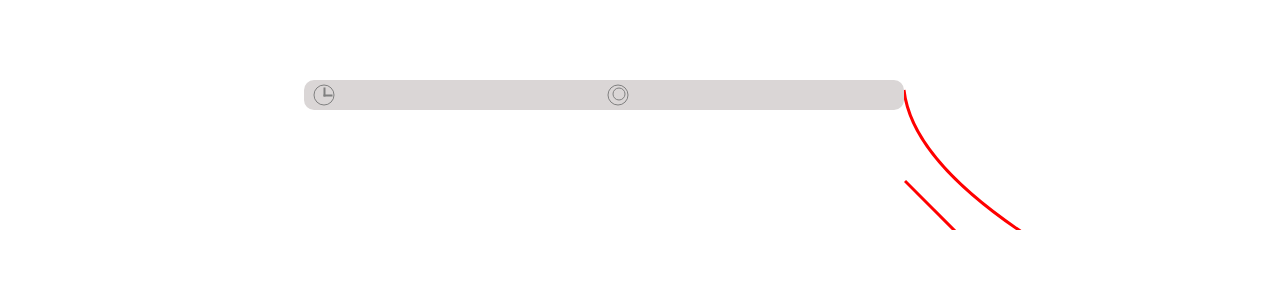
Repository: Gaj123-coder/emoji-search-app
Page: /
The author's editor kept a copy of each file at every save. The page is drawn from the files as they stood at one save, then again after a run of saves.
The browser window is 1280 px wide. The pictures show the whole page.
The project was rebuilt for these pictures with package versions that can differ from the ones it lists, and the page was loaded fresh each time.

Above is the page before, as saved 2021-10-30 19:36:07.

### public/index.html
<!DOCTYPE html>
<html>
    <head>
        <title>Emoji Search</title>
        <meta charset="UTF-8">
        <meta name="author" content="Gajanan C Hegde">
        <meta name="description" content="A simple emoji search app using React JS">
        <meta name="view-port" content="width=device-width,initial-scale=1">
        <meta property="og:title" content="emoji">
        <meta property="og:description" content="An emoji searh app">
        <meta property="og:url" content="http://www.emojis..com">
        <meta property="og:image" content="https://seeklogo.com/images/S/smile-with-glasses-emoji-logo-0C5A7F9874-seeklogo.com.png">
        <meta property="twitter:title" content="Emoji Search">
        <meta property="twitter:image" content="https://seeklogo.com/images/S/smile-with-glasses-emoji-logo-0C5A7F9874-seeklogo.com.png">
        <meta property="twitter:description" content="A simple recat js emloji search app">
        <meta property="twitter:card" content="summary_large_page">
        <meta property="facebook:title" content="Emoji Search">
        <meta property="facebook:image" content="https://seeklogo.com/images/S/smile-with-glasses-emoji-logo-0C5A7F9874-seeklogo.com.png">
        <meta property="facebooks:description" content="A simple react app for emoji search">
        <meta proprty="facebook:url" content="https://www.emojis.com">
        <link rel="canonical" href="index.html"/>
    </head>
    <body>
        <div id="root"></div>
    </body>
</html>

### src/App.js
import './App.css';
import {sad1,worry1,angry1,happy1,smiley1,peace1,love1,joy1,laugh1,gift1,smile1,hands1,sports1,supper1,evil1,shy1,tasty1,confuse1,sleepy1} from "./Components/emotions";
function App() {
  return (
    <div className="dec">
      <div>
        <svg>
          <circle cx="20" cy="15" r="10px" stroke="grey" strokeWidth="1px" fill="rgb(218, 214, 214)"/>
          <rect x="20" y="8" width="1px" height="8px" stroke="grey" strokeWidth="1px" fill="rgb(218, 214, 214)"/>
          <rect x="20" y="15" width="8px" height="1px" stroke="grey" strokeWidth="1px" fill="rgb(218, 214, 214)"/>
        </svg>
      </div>
      <div>
        <svg>
          <circle cx="14" cy="15" r="10px" stroke="grey" strokeWidth="1px" fill="rgb(218, 214, 214)"/>
          <circle cx="15" cy="14" r="6px" stroke="grey" strokeWidth="1px" fill="rgb(218, 214, 214)"/>
        </svg>
      </div>
      <div>
       <svg>
         <path d="M0 10 Q10 100 202 202 302 302" stroke="red" strokeWidth="3" fill="none"/>
         <path d="M 01 101 q100 100 200 200 400 400" stroke="red" strokeWidth="3" fill="none"/>
       </svg>
      </div>
    </div>
  );
}

export default App;

### src/App.css
.dec{
  background-color: rgb(218, 214, 214);
  width:600px;
  height:30px;
  position: relative;
  left:19rem;
  border-radius:10px;
  top:5rem;
  display:flex;
  flex-direction:row;
  flex-wrap:nowrap;
}

.dec>div>svg{
  width:inherit;
  height:inherit;
}

### src/Components/emotions.js
const sad=["128524","128528",'128530',"128532","128542","128546","128549","128557"]
const worry=["128524","128529","128531","128532","128533","128543","128552","128553"]
const angry=["128520","128544","128545","128548","12855"]
const happy=["128512","128513","128514","128518","128522"]
const love=["128525","128535","128536","128537","128538"]
const joy=["128513","128517","128519","128521","128539","128540","128541"]
const laugh=["128513","128514","128518"]
const smile=["128512","128516"]
const gift=["127873","127891","127894","127874","127879","129395","127882","127876"]
const sports=["127939","127943","127947","","","","","","",""]
const hands=["128075","128588","129309","65039","128591","128077","129305","129304","128076","129306"]
const supper=["128526","128527"]
const peace=["128512","128515","128516","128519"]
const evil=["128520"]
const shy=["128522"]
const tasty=["128523"]
const confuse=["128534","128533","128550"]
const sleepy=["128554"]
const smiley=["128512","128513","128514","128515","128516","128517","128518","128519","128520","128521","128522","128523","128524","128525",
"128526","128527","128528","128529","128530","128531","128532","128533","128534","128535","128536","128537","128538","128539","128540"]

export const smiley1=smiley;
export const peace1=peace;
export const sad1=sad;
export const happy1=happy;
export const worry1=worry;
export const angry1=angry;
export const love1=love;
export const joy1=joy;
export const laugh1=laugh;
export const gift1=gift;
export const smile1=smile;
export const sports1=sports;
export const hands1=hands;
export const supper1=supper;
export const evil1=evil;
export const shy1=shy;
export const tasty1=tasty;
export const confuse1=confuse;
export const sleepy1=sleepy;

Loaded but not shown: src/index.js (common file); src/index.css (common file)

After the next 2 saves:
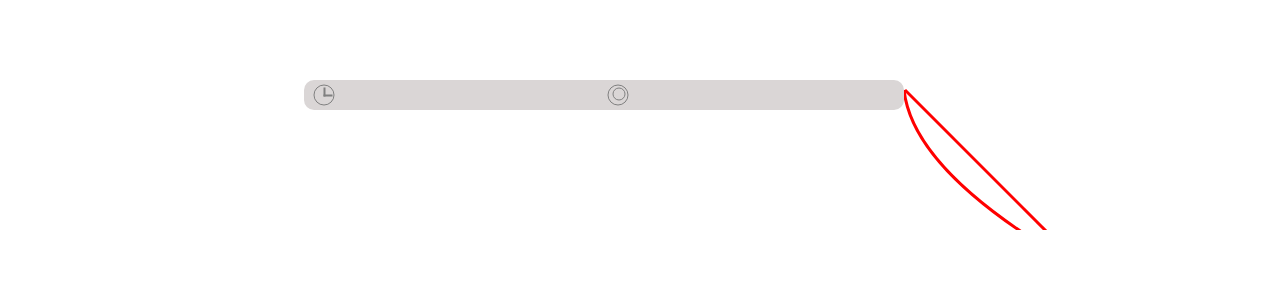
The 2 saves are shown as one change because they came seconds apart.
The last was saved 6 s later.
--- a/src/App.js
+++ b/src/App.js
@@ -19,7 +19,7 @@ function App() {
       <div>
        <svg>
          <path d="M0 10 Q10 100 202 202 302 302" stroke="red" strokeWidth="3" fill="none"/>
-         <path d="M 01 101 q100 100 200 200 400 400" stroke="red" strokeWidth="3" fill="none"/>
+         <path d="M 1 10 q100 100 200 200 400 400" stroke="red" strokeWidth="3" fill="none"/>
        </svg>
       </div>
     </div>
